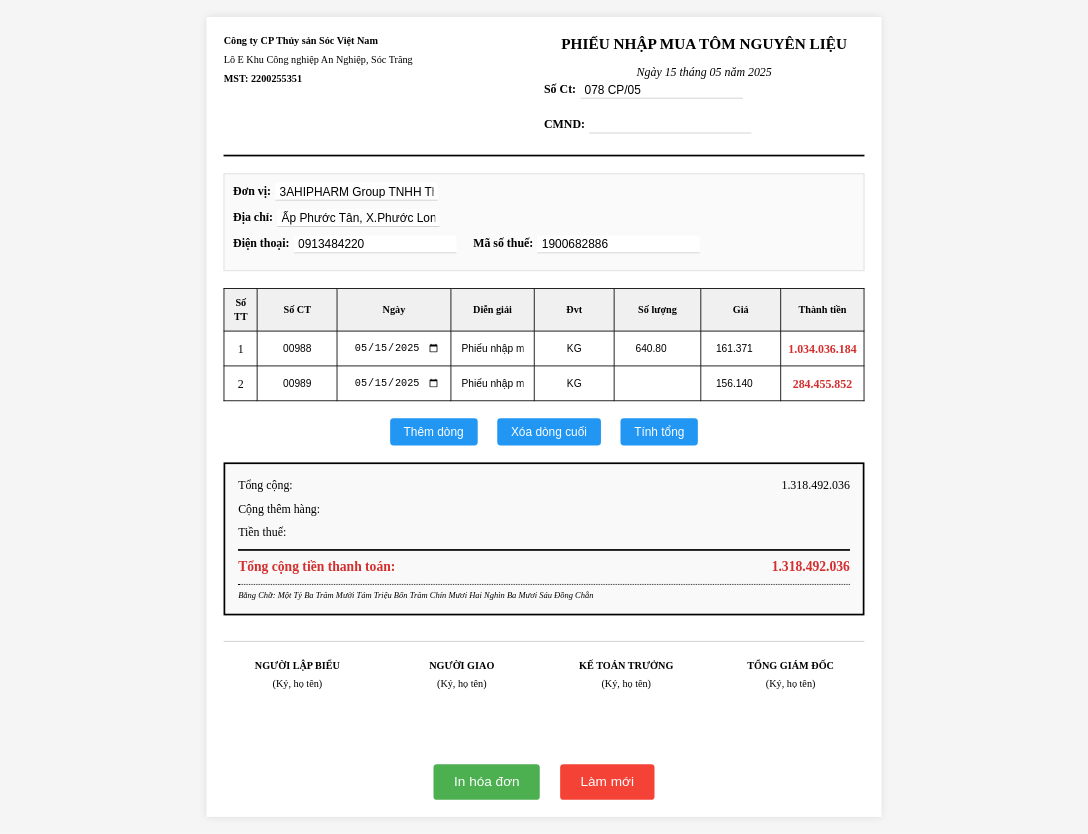
Repository: manhtuong0503/tom-nguyen-lieu
Page: index.html
An editor plug-in stored every save of this project. The page is shown before and after the next save, followed by the edit.
The browser window is 1280 px wide. The pictures show the whole page, at 85% of full size.

Above is the page before, as saved 2025-07-30 22:22:30.

### index.html
<!DOCTYPE html>
<html lang="vi">
<head>
    <meta charset="UTF-8">
    <meta name="viewport" content="width=device-width, initial-scale=1.0">
    <title>Phiếu Nhập Mua Tôm Nguyên Liệu</title>
    <link rel="stylesheet" href="style.css">
</head>
<body>
    <div class="container">
        <div class="header">
            <div class="company-info">
                <p><strong>Công ty CP Thủy sản Sóc Việt Nam</strong></p>
                <p>Lô E Khu Công nghiệp An Nghiệp, Sóc Trăng</p>
                <p><strong>MST: 2200255351</strong></p>
            </div>
            <div class="document-info">
                <h2>PHIẾU NHẬP MUA TÔM NGUYÊN LIỆU</h2>
                <p><em>Ngày 15 tháng 05 năm 2025</em></p>
                <div class="form-row">
                    <label>Số Ct: <input type="text" id="soCt" value="078 CP/05"></label>
                    <label>CMND: <input type="text" id="cmnd"></label>
                </div>
            </div>
        </div>

        <div class="form-section">
            <div class="form-row">
                <label>Đơn vị: <input type="text" id="donVi" placeholder="Nhập đơn vị"></label>
            </div>
            <div class="form-row">
                <label>Địa chỉ: <input type="text" id="diaChi" placeholder="Nhập địa chỉ"></label>
            </div>
            <div class="form-row">
                <label>Điện thoại: <input type="text" id="dienThoai" placeholder="Nhập số điện thoại"></label>
                <label>Mã số thuế: <input type="text" id="maSoThue" placeholder="Nhập mã số thuế"></label>
            </div>
        </div>

        <table class="invoice-table">
            <thead>
                <tr>
                    <th>Số TT</th>
                    <th>Số CT</th>
                    <th>Ngày</th>
                    <th>Diễn giải</th>
                    <th>Đvt</th>
                    <th>Số lượng</th>
                    <th>Giá</th>
                    <th>Thành tiền</th>
                </tr>
            </thead>
            <tbody id="invoice-items">
                <tr>
                    <td>1</td>
                    <td><input type="text" class="item-input" name="soCt"></td>
                    <td><input type="date" class="item-input" name="ngay"></td>
                    <td><input type="text" class="item-input" name="dienGiai" placeholder="Phiếu nhập mua tôm nguyên liệu"></td>
                    <td><input type="text" class="item-input" name="dvt" placeholder="KG"></td>
                    <td><input type="number" class="item-input" name="soLuong" step="0.01" onchange="calculateRowTotal(this)"></td>
                    <td><input type="number" class="item-input" name="gia" step="0.01" onchange="calculateRowTotal(this)"></td>
                    <td class="thanh-tien">0</td>
                </tr>
            </tbody>
        </table>

        <div class="action-buttons">
            <button type="button" onclick="addRow()">Thêm dòng</button>
            <button type="button" onclick="removeRow()">Xóa dòng cuối</button>
            <button type="button" onclick="calculateTotal()">Tính tổng</button>
        </div>

        <div class="totals-section">
            <div class="totals-row">
                <span>Tổng cộng:</span>
                <span id="tong-cong">0</span>
            </div>
            <div class="totals-row">
                <span>Cộng thêm hàng:</span>
                <span id="cong-them-hang">0</span>
            </div>
            <div class="totals-row">
                <span>Tiền thuế:</span>
                <span id="tien-thue">0</span>
            </div>
            <div class="totals-row total-final">
                <span>Tổng cộng tiền thanh toán:</span>
                <span id="tong-thanh-toan">0</span>
            </div>
        </div>

        <div class="signatures">
            <div class="signature-section">
                <p><strong>NGƯỜI LẬP BIỂU</strong></p>
                <p>(Ký, họ tên)</p>
                <br><br><br>
            </div>
            <div class="signature-section">
                <p><strong>NGƯỜI GIAO</strong></p>
                <p>(Ký, họ tên)</p>
                <br><br><br>
            </div>
            <div class="signature-section">
                <p><strong>KẾ TOÁN TRƯỞNG</strong></p>
                <p>(Ký, họ tên)</p>
                <br><br><br>
            </div>
            <div class="signature-section">
                <p><strong>TỔNG GIÁM ĐỐC</strong></p>
                <p>(Ký, họ tên)</p>
                <br><br><br>
            </div>
        </div>

        <div class="print-buttons">
            <button type="button" onclick="printInvoice()" class="print-btn">In hóa đơn</button>
            <button type="button" onclick="clearForm()" class="clear-btn">Làm mới</button>
        </div>
    </div>

    <script src="script.js"></script>
</body>
</html>

### style.css
* {
    margin: 0;
    padding: 0;
    box-sizing: border-box;
}

body {
    font-family: 'Times New Roman', serif;
    font-size: 14px;
    line-height: 1.4;
    background-color: #f5f5f5;
    padding: 20px;
}

.container {
    max-width: 210mm;
    background: white;
    margin: 0 auto;
    padding: 20px;
    box-shadow: 0 0 10px rgba(0,0,0,0.1);
}

.header {
    display: flex;
    justify-content: space-between;
    margin-bottom: 20px;
    border-bottom: 2px solid #000;
    padding-bottom: 15px;
}

.company-info {
    flex: 1;
    font-size: 12px;
}

.company-info p {
    margin-bottom: 5px;
}

.document-info {
    flex: 1;
    text-align: center;
}

.document-info h2 {
    font-size: 18px;
    font-weight: bold;
    margin-bottom: 10px;
    text-transform: uppercase;
}

.form-row {
    display: flex;
    gap: 20px;
    margin-bottom: 10px;
    align-items: center;
    flex-wrap: wrap;
}

.form-row label {
    display: flex;
    align-items: center;
    gap: 5px;
    font-weight: bold;
}

.form-row input {
    border: none;
    border-bottom: 1px solid #ccc;
    padding: 2px 5px;
    font-size: 14px;
    min-width: 120px;
}

.form-section {
    margin-bottom: 20px;
    padding: 10px;
    background-color: #fafafa;
    border: 1px solid #ddd;
}

.invoice-table {
    width: 100%;
    border-collapse: collapse;
    margin-bottom: 20px;
}

.invoice-table th,
.invoice-table td {
    border: 1px solid #000;
    padding: 8px;
    text-align: center;
    vertical-align: middle;
}

.invoice-table th {
    background-color: #f0f0f0;
    font-weight: bold;
    font-size: 12px;
}

.invoice-table .item-input {
    border: none;
    background: transparent;
    width: 100%;
    text-align: center;
    padding: 4px;
    font-size: 12px;
}

.invoice-table .thanh-tien {
    font-weight: bold;
    color: #d32f2f;
}

.action-buttons {
    margin-bottom: 20px;
    text-align: center;
}

.action-buttons button {
    margin: 0 10px;
    padding: 8px 16px;
    background-color: #2196F3;
    color: white;
    border: none;
    border-radius: 4px;
    cursor: pointer;
    font-size: 14px;
}

.action-buttons button:hover {
    background-color: #1976D2;
}

.totals-section {
    margin-bottom: 30px;
    border: 2px solid #000;
    padding: 15px;
    background-color: #f9f9f9;
}

.totals-row {
    display: flex;
    justify-content: space-between;
    margin-bottom: 8px;
    font-size: 14px;
}

.totals-row.total-final {
    font-weight: bold;
    font-size: 16px;
    border-top: 2px solid #000;
    padding-top: 8px;
    margin-top: 10px;
    color: #d32f2f;
}

.signatures {
    display: grid;
    grid-template-columns: repeat(4, 1fr);
    gap: 20px;
    margin-bottom: 30px;
    border-top: 1px solid #ccc;
    padding-top: 20px;
}

.signature-section {
    text-align: center;
    font-size: 12px;
}

.signature-section p {
    margin-bottom: 5px;
}

.print-buttons {
    text-align: center;
    margin-top: 20px;
    page-break-inside: avoid;
}

.print-btn, .clear-btn {
    padding: 12px 24px;
    margin: 0 10px;
    font-size: 16px;
    border: none;
    border-radius: 4px;
    cursor: pointer;
}

.print-btn {
    background-color: #4CAF50;
    color: white;
}

.print-btn:hover {
    background-color: #45a049;
}

.clear-btn {
    background-color: #f44336;
    color: white;
}

.clear-btn:hover {
    background-color: #da190b;
}

/* Print styles */
@media print {
    @page {
        size: A4;
        margin: 15mm;
    }

    body {
        background: white;
        padding: 0;
        font-family: 'Times New Roman', serif;
        font-size: 11px;
        line-height: 1.2;
        color: black;
    }

    .container {
        box-shadow: none;
        max-width: none;
        padding: 0;
        margin: 0;
    }

    .print-buttons,
    .action-buttons {
        display: none !important;
    }

    .header {
        display: block;
        margin-bottom: 15px;
        border-bottom: 1px solid #000;
        padding-bottom: 10px;
    }

    .company-info {
        float: left;
        width: 45%;
        font-size: 10px;
        line-height: 1.3;
    }

    .document-info {
        float: right;
        width: 50%;
        text-align: center;
        font-size: 11px;
    }

    .document-info h2 {
        font-size: 14px;
        font-weight: bold;
        margin: 0 0 5px 0;
        text-transform: uppercase;
    }

    .form-row {
        display: block;
        margin-bottom: 3px;
        font-size: 10px;
    }

    .form-row label {
        display: inline-block;
        margin-right: 15px;
    }

    .form-row input {
        border: none;
        border-bottom: 1px solid #000;
        background: transparent;
        font-size: 10px;
        padding: 1px 3px;
        min-width: 80px;
    }

    .form-section {
        background-color: white;
        border: 1px solid #000;
        padding: 8px;
        margin-bottom: 10px;
        font-size: 10px;
        clear: both;
    }

    .form-section .form-row {
        margin-bottom: 4px;
    }

    .form-section .form-row label {
        font-weight: bold;
        display: inline-block;
        width: 80px;
    }

    .form-section .form-row input {
        width: 250px;
        border-bottom: 1px dotted #000;
    }

    .invoice-table {
        width: 100%;
        border-collapse: collapse;
        font-size: 10px;
        margin-bottom: 10px;
    }

    .invoice-table th,
    .invoice-table td {
        border: 1px solid #000;
        padding: 3px 2px;
        text-align: center;
        vertical-align: middle;
        line-height: 1.2;
    }

    .invoice-table th {
        background-color: #f0f0f0;
        font-weight: bold;
        font-size: 9px;
        height: 25px;
    }

    .invoice-table .item-input {
        border: none;
        background: transparent;
        width: 100%;
        text-align: center;
        padding: 1px;
        font-size: 9px;
    }

    .invoice-table .thanh-tien {
        font-weight: normal;
        color: black;
        text-align: right;
        padding-right: 5px;
    }

    /* Điều chỉnh độ rộng cột */
    .invoice-table th:nth-child(1),
    .invoice-table td:nth-child(1) { width: 8%; } /* Số TT */

    .invoice-table th:nth-child(2),
    .invoice-table td:nth-child(2) { width: 12%; } /* Số CT */

    .invoice-table th:nth-child(3),
    .invoice-table td:nth-child(3) { width: 12%; } /* Ngày */

    .invoice-table th:nth-child(4),
    .invoice-table td:nth-child(4) { width: 25%; text-align: left; padding-left: 5px; } /* Diễn giải */

    .invoice-table th:nth-child(5),
    .invoice-table td:nth-child(5) { width: 8%; } /* Đvt */

    .invoice-table th:nth-child(6),
    .invoice-table td:nth-child(6) { width: 12%; } /* Số lượng */

    .invoice-table th:nth-child(7),
    .invoice-table td:nth-child(7) { width: 12%; } /* Giá */

    .invoice-table th:nth-child(8),
    .invoice-table td:nth-child(8) { width: 15%; text-align: right; padding-right: 5px; } /* Thành tiền */

    .totals-section {
        background-color: white;
        border: 1px solid #000;
        padding: 8px;
        margin-bottom: 15px;
        font-size: 10px;
    }

    .totals-row {
        display: flex;
        justify-content: space-between;
        margin-bottom: 3px;
        padding: 2px 0;
    }

    .totals-row span:first-child {
        font-weight: bold;
    }

    .totals-row span:last-child {
        text-align: right;
        min-width: 100px;
        border-bottom: 1px dotted #000;
        font-weight: normal;
    }

    .totals-row.total-final {
        font-weight: bold;
        font-size: 11px;
        border-top: 1px solid #000;
        padding-top: 5px;
        margin-top: 8px;
    }

    .totals-row.total-final span {
        font-weight: bold;
    }

    .signatures {
        display: grid;
        grid-template-columns: repeat(4, 1fr);
        gap: 15px;
        margin-top: 20px;
        page-break-inside: avoid;
    }

    .signature-section {
        text-align: center;
        font-size: 9px;
        border: none;
    }

    .signature-section p {
        margin-bottom: 3px;
        font-weight: bold;
    }

    .signature-section p:last-child {
        font-weight: normal;
        font-style: italic;
    }

    /* Thêm ghi chú bằng chữ */
    .totals-section::after {
        content: "Bằng chữ: Một triệu ba trăm mười tám nghìn bốn trăm chín mươi hai đồng chẵn";
        display: block;
        margin-top: 8px;
        font-style: italic;
        font-size: 9px;
        border-top: 1px dotted #000;
        padding-top: 5px;
    }

    /* Đảm bảo không bị cắt trang */
    .header,
    .form-section,
    .totals-section,
    .signatures {
        page-break-inside: avoid;
    }

    /* Input values hiển thị đúng khi in */
    input {
        -webkit-print-color-adjust: exact;
        print-color-adjust: exact;
    }
}

/* Responsive design */
@media (max-width: 768px) {
    .container {
        padding: 10px;
    }

    .header {
        flex-direction: column;
        text-align: center;
    }

    .form-row {
        flex-direction: column;
        gap: 10px;
    }

    .signatures {
        grid-template-columns: repeat(2, 1fr);
        gap: 15px;
    }

    .invoice-table {
        font-size: 11px;
    }

    .invoice-table th,
    .invoice-table td {
        padding: 4px 2px;
    }
}

/* Animation for adding rows */
@keyframes fadeIn {
    from { opacity: 0; }
    to { opacity: 1; }
}

.invoice-table tbody tr {
    animation: fadeIn 0.3s ease-in;
}

Loaded but not shown: script.js (515 lines, source omitted)

After the next save:
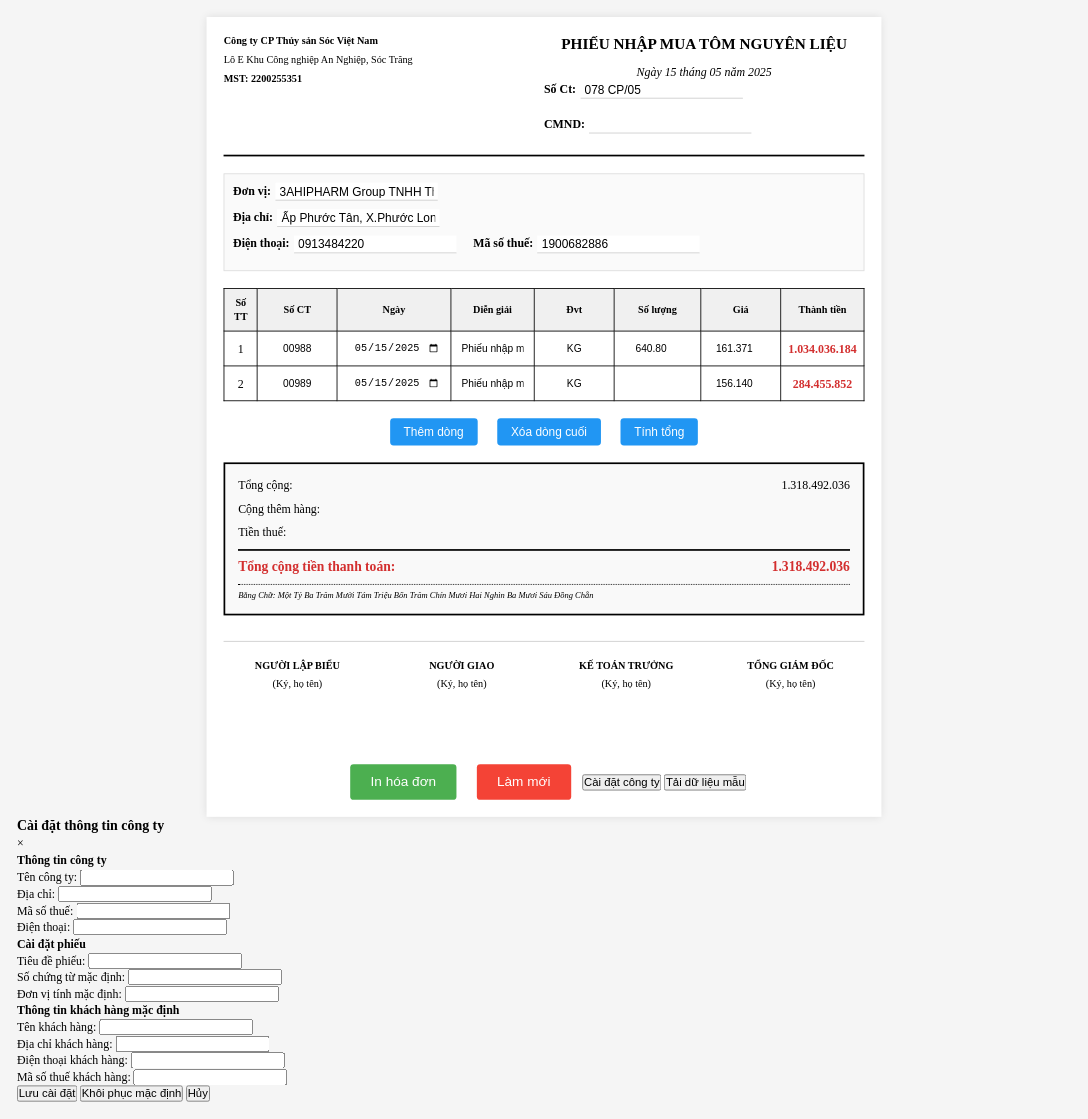
Saved 19 s later.
--- a/index.html
+++ b/index.html
@@ -115,6 +115,80 @@
         <div class="print-buttons">
             <button type="button" onclick="printInvoice()" class="print-btn">In hóa đơn</button>
             <button type="button" onclick="clearForm()" class="clear-btn">Làm mới</button>
+            <button type="button" onclick="showConfigModal()" class="config-btn">Cài đặt công ty</button>
+            <button type="button" onclick="loadSampleData()" class="sample-btn">Tải dữ liệu mẫu</button>
+        </div>
+    </div>
+
+    <!-- Modal cài đặt -->
+    <div id="configModal" class="modal">
+        <div class="modal-content">
+            <div class="modal-header">
+                <h3>Cài đặt thông tin công ty</h3>
+                <span class="close" onclick="closeConfigModal()">&times;</span>
+            </div>
+            <div class="modal-body">
+                <div class="config-section">
+                    <h4>Thông tin công ty</h4>
+                    <div class="config-row">
+                        <label>Tên công ty:</label>
+                        <input type="text" id="config-company-name" />
+                    </div>
+                    <div class="config-row">
+                        <label>Địa chỉ:</label>
+                        <input type="text" id="config-company-address" />
+                    </div>
+                    <div class="config-row">
+                        <label>Mã số thuế:</label>
+                        <input type="text" id="config-company-tax" />
+                    </div>
+                    <div class="config-row">
+                        <label>Điện thoại:</label>
+                        <input type="text" id="config-company-phone" />
+                    </div>
+                </div>
+
+                <div class="config-section">
+                    <h4>Cài đặt phiếu</h4>
+                    <div class="config-row">
+                        <label>Tiêu đề phiếu:</label>
+                        <input type="text" id="config-doc-title" />
+                    </div>
+                    <div class="config-row">
+                        <label>Số chứng từ mặc định:</label>
+                        <input type="text" id="config-doc-code" />
+                    </div>
+                    <div class="config-row">
+                        <label>Đơn vị tính mặc định:</label>
+                        <input type="text" id="config-default-unit" />
+                    </div>
+                </div>
+
+                <div class="config-section">
+                    <h4>Thông tin khách hàng mặc định</h4>
+                    <div class="config-row">
+                        <label>Tên khách hàng:</label>
+                        <input type="text" id="config-customer-name" />
+                    </div>
+                    <div class="config-row">
+                        <label>Địa chỉ khách hàng:</label>
+                        <input type="text" id="config-customer-address" />
+                    </div>
+                    <div class="config-row">
+                        <label>Điện thoại khách hàng:</label>
+                        <input type="text" id="config-customer-phone" />
+                    </div>
+                    <div class="config-row">
+                        <label>Mã số thuế khách hàng:</label>
+                        <input type="text" id="config-customer-tax" />
+                    </div>
+                </div>
+            </div>
+            <div class="modal-footer">
+                <button type="button" onclick="saveConfig()" class="save-btn">Lưu cài đặt</button>
+                <button type="button" onclick="resetConfig()" class="reset-btn">Khôi phục mặc định</button>
+                <button type="button" onclick="closeConfigModal()" class="cancel-btn">Hủy</button>
+            </div>
         </div>
     </div>
 
